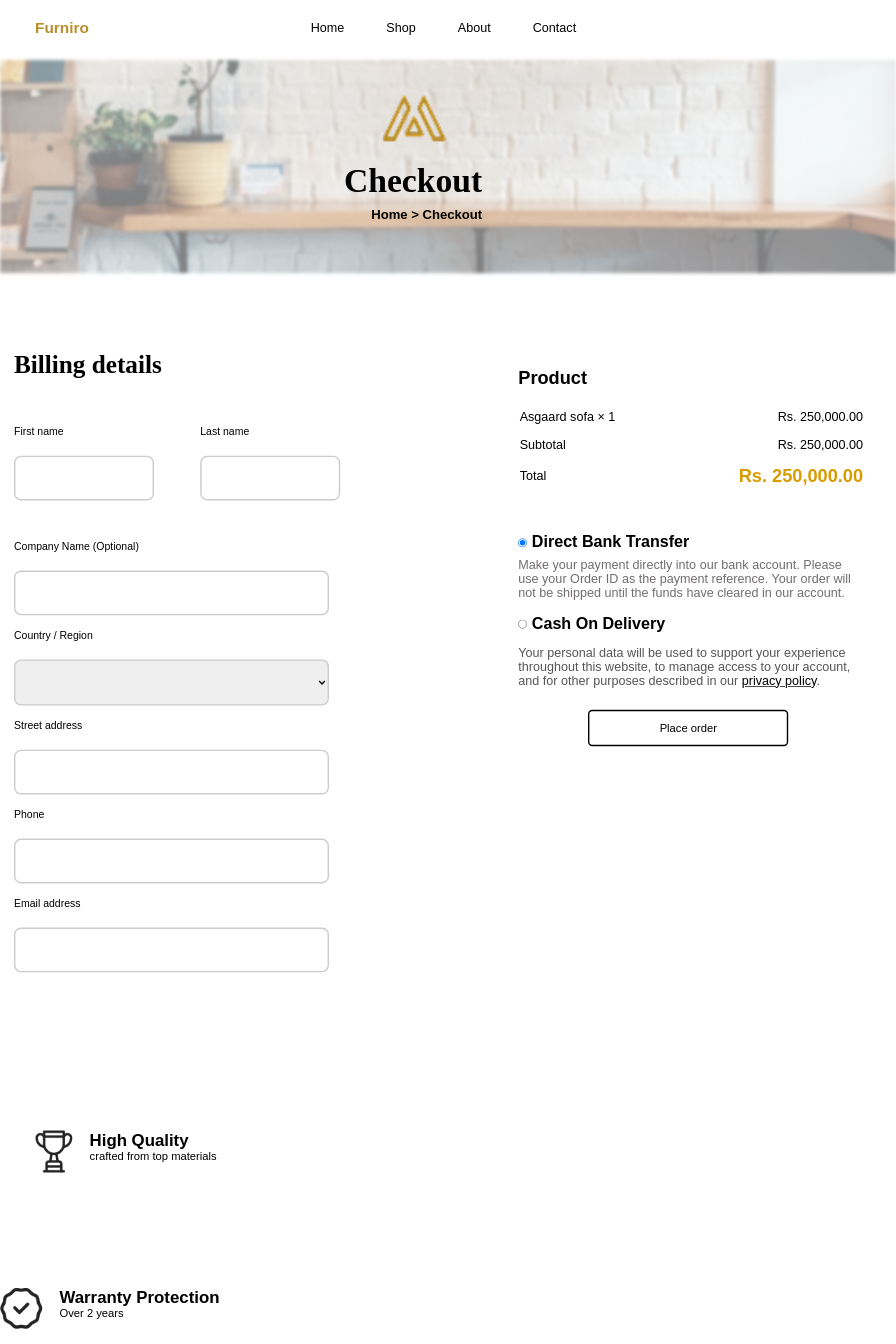
Repository: Ali1Kh/Furniro-ITI
Page: pages/checkout.html
An editor plug-in stored every save of this project. The page is shown before and after the next save, followed by the edit.
The browser window is 1280 px wide. The pictures show the part of the page from y = 0 to 1920 px (the page is 2837 px tall), at 70% of full size.

Above is the page before, as saved 2025-07-15 07:24:24.

### pages/checkout.html
<!DOCTYPE html>
<html lang="en">

<head>
  <meta charset="UTF-8">
  <meta name="viewport" content="width=device-width, initial-scale=1.0">
  <title></title>
  <link rel="stylesheet" href="../styles/index.css">
  <link rel="stylesheet" href="../styles/checkout.css">
</head>

<body>

  <nav>
    <!-- Navigation -->
    <div class="navBar">
      <div class="text">
        <p>Furniro</p>
      </div>

      <div class="menu-icon" onclick="toggleSidebar()">☰</div>

      <div class="navBarLinks">
        <ul>
          <li><a href="/pages/home.html">Home</a></li>
          <li><a href="/pages/shop.html">Shop</a></li>
          <li><a href="/">About</a></li>
          <li><a href="/pages/contact.html">Contact</a></li>
        </ul>
      </div>

      <div class="navBarIcons">
        <a href="/pages/home.html"><i class="fa-solid fa-user"></i></a>
        <a href="/pages/shop.html"><i class="fa-solid fa-magnifying-glass"></i></a>
        <a href="/"><i class="fa-solid fa-heart"></i></a>
        <a href="/pages/contact.html"><i class="fa-solid fa-cart-plus"></i></a>
      </div>
    </div>

    <!-- Sidebar for mobile -->
    <div class="sidebar" id="sidebar">
      <a href="" onclick="toggleSidebar()">✖</a>
      <a href="">Home</a>
      <a href="/pages/shop.html">Shop</a>
      <a href="/">About</a>
      <a href="/pages/contact.html">Contact</a>
    </div>
  </nav>

  <main class="checkout">
    <div id="home">
      <div class="img-conteaner">
        <img src="../assets/img/Rectangle 1.png" alt="">

        <div class="text-conteaner">
          <img src="../assets/icons/Logo.png" alt="" style="width: 100px;height: 77px;margin-top: -80px; left: 1px; ">
          <h2 style="font-size: 48px; font-family: Poppins; top: 20px;">Checkout</h2>
          <h3 style="top: 30px;left: -11px; "><span style="width: 48;height: 24;top: 295px;left: 660px; ">Home ></span>
            Checkout</h3>
        </div>
      </div>
    </div>

    <div id="content">
      <div class="form">
        <h1 style="font-family: Poppins;font-weight: 600;font-style: SemiBold;font-size: 36px;">Billing details</h1>
        <br><br>
        <form>
          <div class="input" style="width: 200px;">
            <label>First name</label><br>
            <input type="text" name="firatname" id="firatname">
          </div>

          <div class="input" style="width: 200px; position: relative;bottom: 127px;left: 266px;">
            <label>Last name</label><br>
            <input type="text" name="lastname" id="lastname">
          </div>

          <div class="input" style="position: relative; bottom: 90px; width: 450px;">
            <label>Company Name (Optional)</label><br>
            <input type="text" name="Companyname(Optional)" id="Companyname(Optional)">
          </div>

          <div class="input" style="position: relative; bottom: 90px; width: 450px;">
            <label>Country / Region</label><br>
            <select>
              <option></option>
              <option>Sri Lanka</option>
              <option>Egypt</option>
              <option>USA</option>
            </select>
          </div>

          <div class="input" style="position: relative; bottom: 90px; width: 450px;">
            <label>Street address</label><br>
            <input type="text" name="Streetaddress" id="Streetaddress">
          </div>

          <div class="input" style="position: relative; bottom: 90px; width: 450px;">
            <label>Phone</label><br>
            <input type="number" name="Phone" id="Phone">
          </div>

          <div class="input" style="position: relative; bottom: 90px; width: 450px;">
            <label>Email address</label><br>
            <input type="email" name="Emailaddress" id="Emailaddress">
          </div><br><br>

        </form>
      </div>
      <div class="table">
        <!-- Order Summary -->
        <div class="order-summary">
          <h2>Product</h2>
          <table>
            <tr>
              <td>Asgaard sofa × 1</td>
              <td style="text-align: right;">Rs. 250,000.00</td>
            </tr>
            <tr>
              <td>Subtotal</td>
              <td style="text-align: right;">Rs. 250,000.00</td>
            </tr>
            <tr>
              <td>Total</td>
              <td style="text-align: right;" class="total">Rs. 250,000.00</td>
            </tr>
          </table><br><br>

          <div class="payment-methods">
            <label><input type="radio" name="payment" checked> Direct Bank Transfer</label>
            <p>
              Make your payment directly into our bank account. Please use your Order ID as the payment reference. Your
              order will not be shipped until the funds have cleared in our account.
            </p>

            <label><input type="radio" name="payment"> Cash On Delivery</label>
          </div>

          <div class="privacy">
            Your personal data will be used to support your experience throughout this website, to manage access to your
            account, and for other purposes described in our <a href="#">privacy policy</a>.
          </div>

          <button class="btn">Place order</button>
        </div>
      </div>
    </div>

    <div id="quality">
      <div class="1"
        style="display: flex; gap: 1.5rem; padding-top: 80px; padding-bottom: 80px;width: 25%;padding-left: 50px;">
        <div class="l"><img src="../assets/icons/Group copy.png" alt=""></div>
        <div class="r">
          <h2>High Quality</h2>
          <p>crafted from top materials</p>
        </div>

      </div>
      <div class="2" style="display: flex; gap: 1.5rem; padding-top: 80px; padding-bottom: 80px;width: 25%;">
        <div class="l"><img src="../assets/icons/Group (2).png" alt=""></div>
        <div class="r">
          <h2>Warranty Protection</h2>
          <p>Over 2 years</p>
        </div>

      </div>
      <div class="3" style="display: flex; gap: 1.5rem; padding-top: 80px; padding-bottom: 80px;width: 25%;">
        <div class="l"><img src="../assets/icons/Vector (2).png" alt=""></div>
        <div class="r">
          <h2>Free Shipping</h2>
          <p>Order over 150 $</p>
        </div>

      </div>
      <div class="4" style="display: flex; gap: 1.5rem; padding-top: 80px; padding-bottom: 80px;width: 25%;">
        <div class="l"><img src="../assets/icons/customer-support.png" alt=""></div>
        <div class="r">
          <h2>24 / 7 Support</h2>
          <p>Dedicated support</p>
        </div>

      </div>

    </div>
  </main>

  <footer class="footer">
    <div class="footer-container">
      <div class="footer-sec">
        <h2 class="logo">Funiro.</h2>
        <p style="padding-top: 20px;">400 University Drive Suite 200 Coral Gables,<br>FL 33134 USA</p>
      </div>

      <div class="footer-sec">
        <h4>Links</h4>
        <ul>
          <li><a href="#">Home</a></li>
          <li><a href="#">Shop</a></li>
          <li><a href="#">About</a></li>
          <li><a href="#">Contact</a></li>
        </ul>
      </div>

      <div class="footer-sec">
        <h4>Help</h4>
        <ul>
          <li><a href="#">Payment Options</a></li>
          <li><a href="#">Returns</a></li>
          <li><a href="#">Privacy Policies</a></li>
        </ul>
      </div>

      <div class="footer-sec new">
        <h4>Newsletter</h4>
        <div class="subscribe">
          <input type="email" placeholder="Enter Your Email Address">
          <button>SUBSCRIBE</button>
        </div>
      </div>
    </div>

    <div class="footer-bottom">
      <p>2023 furniro. All rights reserved</p>
    </div>
  </footer>

  <script src="../scripts/index.js"></script>

</body>

</html>

### styles/index.css
:root {
  --mainColor: #feeed8;
}

* {
  margin: 0;
  padding: 0;
  box-sizing: border-box;
}

body {
  font-family: "Poppins", sans-serif;
}

.navBar img {
  display: inline;
}

.navBar {
  width: 100%;
  height: 80px;
  display: flex;
  justify-content: space-between;
  align-items: center;
  padding: 0 50px;
  background-color: #fff;
  z-index: 1000;
  position: sticky;
  top: 0;
}

.navBarLinks ul {
  list-style: none;
  display: flex;
  gap: 60px;
}

.navBarLinks a {
  text-decoration: none;
  font-size: 18px;
  color: black;
}

.navBarIcons {
  display: flex;
  gap: 30px;
}

.text p {
  font-weight: bold;
  font-size: 22px;
  color: #b88e2f;
}

/* Sidebar for mobile */
.sidebar {
  height: 100%;
  width: 0;
  position: fixed;
  background-color: #8d8d8d;
  overflow-x: hidden;
  transition: 0.3s;
  padding-top: 60px;
  z-index: 999;
}
.sidebar a {
  padding: 12px 20px;
  text-decoration: none;
  font-size: 20px;
  color: white;
  display: block;
}
.sidebar a:hover {
  background-color: #444;
}

.menu-icon {
  font-size: 28px;
  cursor: pointer;
  display: none;
  padding: 15px;
}

@media (max-width: 768px) {
  .navBarLinks {
    display: none;
  }
  .menu-icon {
    display: block;
  }
  .navBarIcons {
    display: none;
  }
}

@media (max-width: 767px) {
  .navBarIcons {
    display: none;
  }
}

### styles/checkout.css
* {
  margin: 0;
  padding: 0;
}
.checkout ul {
  list-style: none;
}

.checkout a {
  text-decoration: none;
}

/* start header */

#header {
  background-color: rgb(250, 245, 240);
  border: 1px solid #ccc;
  width: 100%;
  height: 90px;
}
#header .navbar {
  display: flex;
  justify-content: space-between;
  align-items: center;
}
#header .navbar .logo {
  display: flex;
  width: 185;
  height: 41;
  opacity: 1;
  top: 29px;
  left: 54px;
  gap: 5px;
}
#header .navbar img {
  width: 185;
  height: 41px;
  top: 29px;
  left: 54px;
  gap: 5px;
}

/* #header .navbar .imgs{
    width: 300px;
    display: flex;
    position: relative;
    bottom: 10px;
} */

#header .navbar ul {
  display: flex;
}
#header .navbar ul li a {
  position: relative;
  color: black;
  font-size: 25px;
  margin: 0 20px;
  font-weight: bold;
  transition: 0.3s ease;
  bottom: 15px;
}
#header .navbar ul li a:hover {
  color: bisque;
}

/* finish header */

.img-conteaner {
  position: relative;
  width: 100%;
}

.img-conteaner img {
  width: 100%;
  height: 316px;
  top: 100px;
}

.text-conteaner {
  position: absolute;
  top: 50%;
  left: 50%;
  transform: translate(-50%, -50%);
}
.text-conteaner h3 {
  position: relative;
  bottom: 90px;
  left: 40px;
}
.text-conteaner h2 {
  position: relative;
  bottom: 90px;
  left: -50px;
}

#content {
  display: flex;
  justify-content: space-between;
  gap: 8rem;
  max-width: 1240px;
  margin: auto;
  padding-top: 100px;
}

.form {
  width: 50%;
}

.form h1 {
  font-size: 36px;
  font-weight: 600;
  margin-bottom: 30px;
}

form label {
  font-weight: 500;
  margin-bottom: 8px;
  display: block;
  font-size: 15px;
}

form input,
form select {
  width: 100%;
  padding: 22px;
  border: 2px solid #ccc;
  border-radius: 10px;
  font-size: 14px;
}

.input {
  margin-bottom: 20px;
}

.table {
  width: 48%;
}

.order-summary {
  padding: 25px;
}

.order-summary h2 {
  font-size: 26px;
  margin-bottom: 20px;
}

.order-summary table {
  width: 100%;
  margin-bottom: 20px;
}

.order-summary table td {
  padding: 8px 0;
  font-size: 18px;
}

.order-summary .total {
  font-weight: bold;
  color: #d89c00;
  font-size: 26px;
}

.payment-methods label {
  display: block;
  margin-bottom: 10px;
  font-weight: bold;
  font-size: 23px;
}

.payment-methods p {
  font-size: 18px;
  color: #716d6d;
  margin: 10px 0 20px;
  line-height: 1.1;
}

.privacy {
  font-size: 18px;
  color: #555;
  margin: 20px 0;
  line-height: 1.1;
}

.privacy a {
  text-decoration: underline;
  color: black;
}

.btn {
  padding: 15px 100px;
  background: #fff;
  border: 2px solid black;
  border-radius: 6px;
  font-size: 16px;
  transition: 0.3s ease;
  margin-left: 100px;
  margin-top: 10px;
}

.btn:hover {
  background-color: #9c9f6a;
}

.footer {
  background-color: #fff;
  padding: 40px 60px 20px;
  border-top: 1px solid #e0e0e0;
  color: #333;
}

.footer-container {
  display: flex;
}

.footer-sec {
  flex: 1 1 200px;
  margin: 20px 0;
}

.footer-sec h2.logo {
  font-size: 22px;
  font-weight: 700;
  margin-bottom: 15px;
}

.footer-sec h4 {
  font-size: 14px;
  font-weight: 500;
  color: #999;
  margin-bottom: 10px;
}

.footer-sec ul {
  list-style: none;
  padding: 0;
  margin: 0;
}

.footer-sec ul li {
  margin-bottom: 10px;
  padding: 15px;
}

.footer-sec ul li a {
  text-decoration: none;
  color: #000;
  font-size: 14px;
}

.footer-sec p {
  color: #999;
  font-size: 14px;
}

.new .subscribe {
  display: flex;
  gap: 10px;
  margin-top: 10px;
}

.new input {
  padding: 6px 10px;
  font-size: 14px;
  border: none;
  border-bottom: 1px solid #999;
  outline: none;
}

.new button {
  background: none;
  border: none;
  border-bottom: 1px solid #000;
  color: #000;
  font-size: 13px;
  font-weight: 500;
}

.footer-bottom {
  border-top: 1px solid #e0e0e0;
  padding: 5px;
  margin-top: 20px;
  padding-top: 10px;
  text-align: left;
  font-size: 13px;
  color: #000;
}

### scripts/index.js
function toggleSidebar() {
  const sidebar = document.getElementById("sidebar");
  if (sidebar.style.width === "250px") {
    sidebar.style.width = "0";
  } else {
    sidebar.style.width = "250px";
  }
}

After the next save:
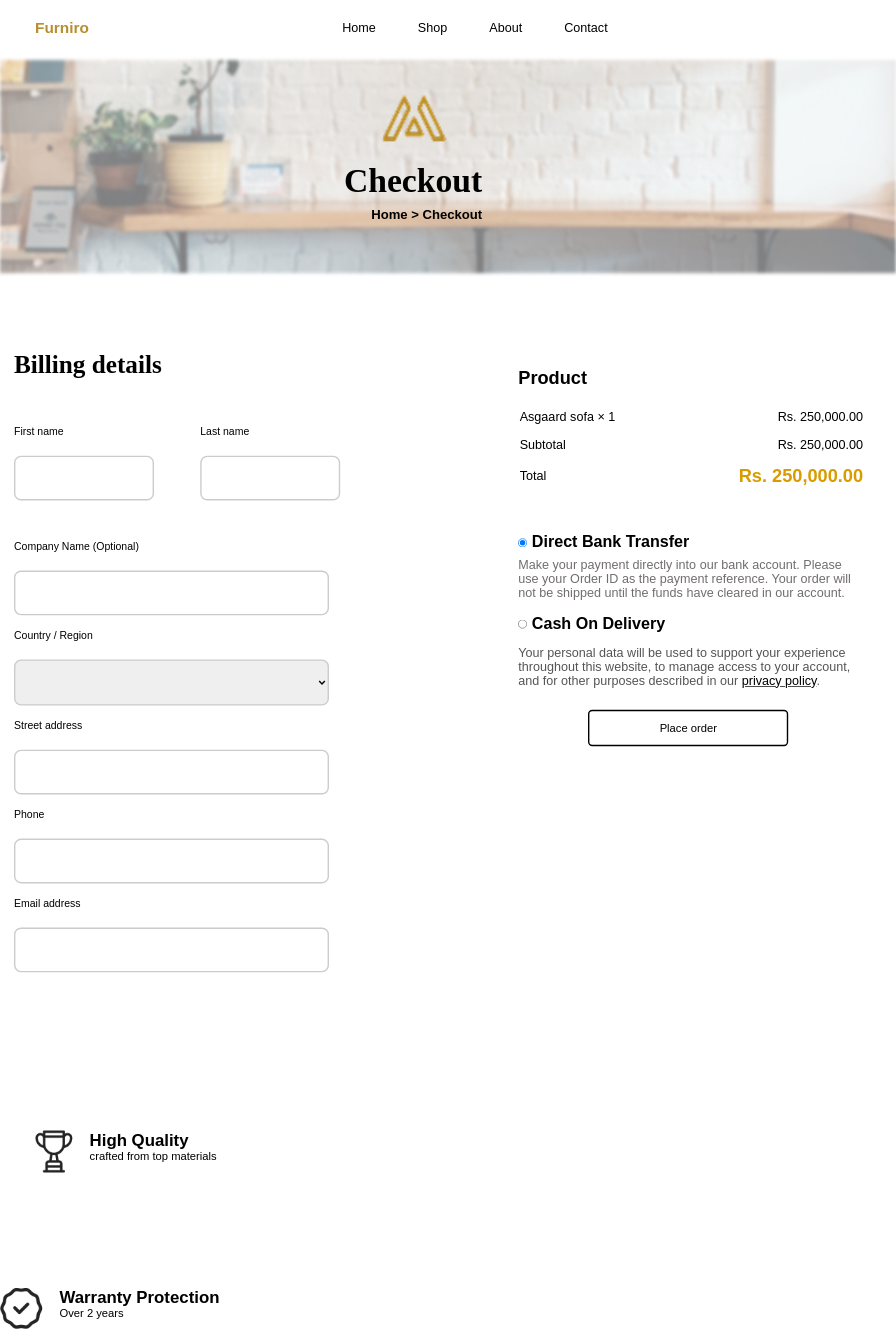
Saved 11 min 39 s later.
--- a/pages/checkout.html
+++ b/pages/checkout.html
@@ -29,7 +29,7 @@
         </ul>
       </div>
 
-      <div class="navBarIcons">
+      <div class="ncavBarIcons">
         <a href="/pages/home.html"><i class="fa-solid fa-user"></i></a>
         <a href="/pages/shop.html"><i class="fa-solid fa-magnifying-glass"></i></a>
         <a href="/"><i class="fa-solid fa-heart"></i></a>

After the save that followed:
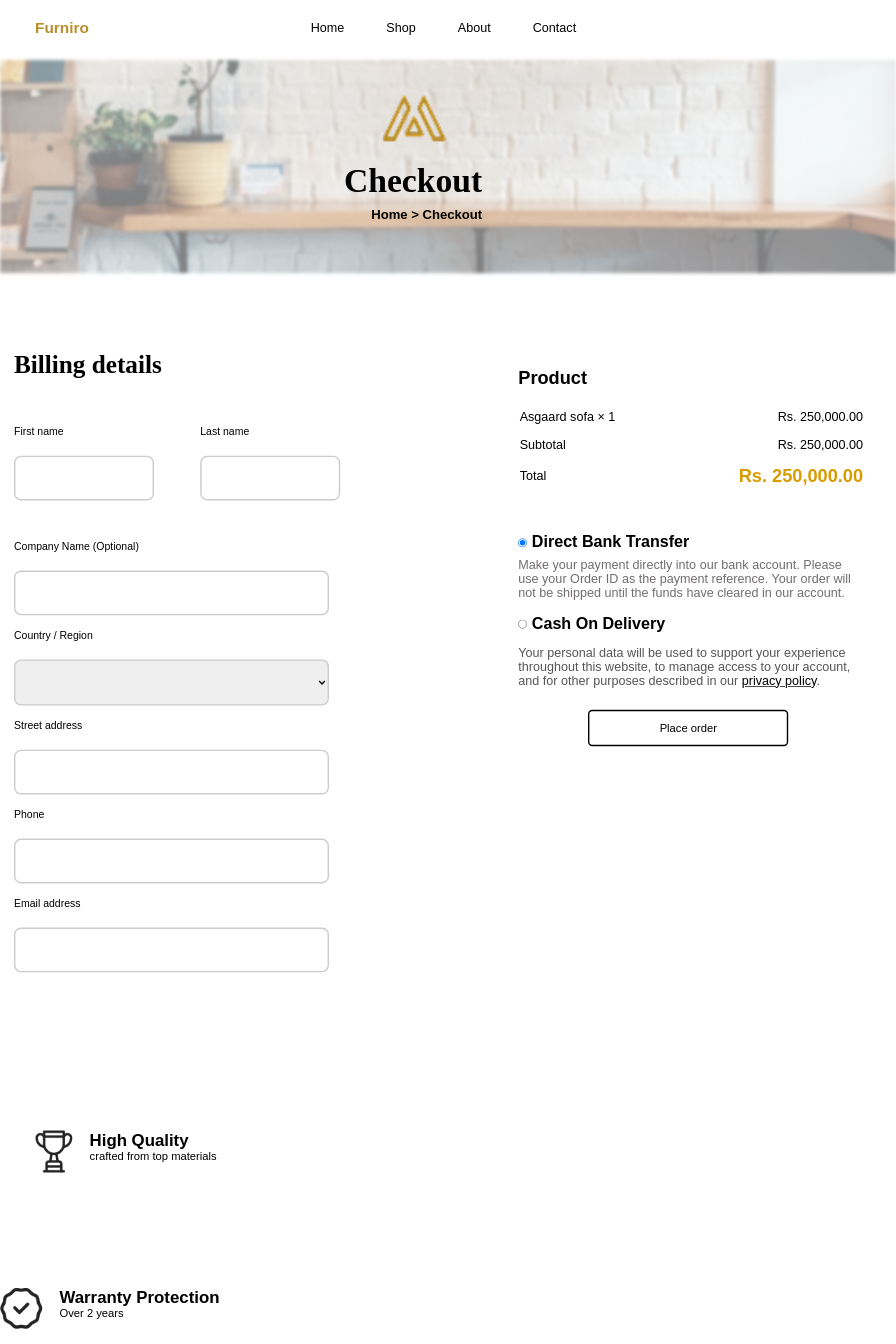
Saved 4 s later.
--- a/pages/checkout.html
+++ b/pages/checkout.html
@@ -29,7 +29,7 @@
         </ul>
       </div>
 
-      <div class="ncavBarIcons">
+      <div class="navBarIcons">
         <a href="/pages/home.html"><i class="fa-solid fa-user"></i></a>
         <a href="/pages/shop.html"><i class="fa-solid fa-magnifying-glass"></i></a>
         <a href="/"><i class="fa-solid fa-heart"></i></a>
